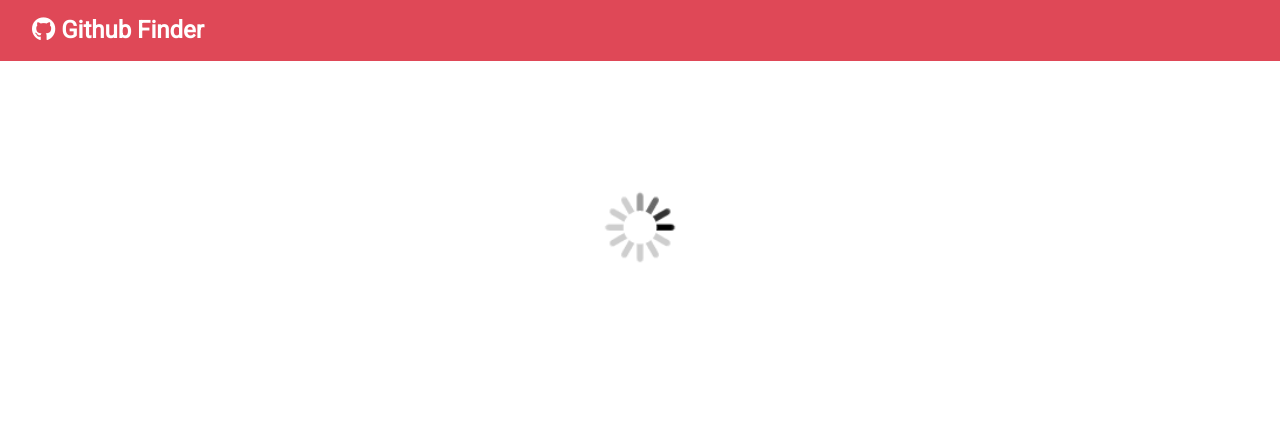
Repository: akash-saha-1/github-finder
Page: /
The author's editor kept a copy of each file at every save. The page is drawn from the files as they stood at one save, then again after the next save.
The browser window is 1280 px wide. The pictures show the whole page.
The page's requests for data from a server got no answer. Some web libraries are served in a nearby version. The project was rebuilt for these pictures with package versions that can differ from the ones it lists, and the page was loaded fresh each time. No one was signed in, and anything a server would have sent is missing. Also part of the build but not shown: src/components/users/UserItem.js.

Above is the page before, as saved 2021-03-05 16:10:38.

### public/index.html
<!DOCTYPE html>
<html lang="en">

<head>
  <meta charset="utf-8" />
  <link rel="icon" href="%PUBLIC_URL%/favicon.ico" />
  <meta name="viewport" content="width=device-width, initial-scale=1" />
  <meta name="theme-color" content="#000000" />
  <meta name="description" content="Web site created using create-react-app" />
  <link rel="apple-touch-icon" href="%PUBLIC_URL%/logo192.png" />
  <link rel="manifest" href="%PUBLIC_URL%/manifest.json" />
  <link rel="stylesheet" href="https://use.fontawesome.com/releases/v5.8.2/css/all.css"
    integrity="sha384-oS3vJWv+0UjzBfQzYUhtDYW+Pj2yciDJxpsK1OYPAYjqT085Qq/1cq5FLXAZQ7Ay" crossorigin="anonymous" />
  <title>Github Finder</title>
</head>

<body>
  <noscript>You need to enable JavaScript to run this app.</noscript>
  <div id="root"></div>
</body>

</html>

### src/App.js
import React, { Component } from "react";
import "./App.css";
import Navbar from "./components/layout/Navbar";
import Users from "./components/users/Users";
import axios from "axios";

class App extends Component {
  state = {
    users: [],
    loading: false,
  };
  async componentDidMount() {
    this.setState({ loading: true });
    const res = await axios.get(
      `https://api.github.com/users?client_id=${process.env.REACT_APP_GITHUB_CLIENT_ID}&client_secret=${process.env.REACT_APP_GITHUB_CLIENT_SECRET}`
    );
    this.setState({ users: res.data, loading: false });
  }
  render() {
    return (
      <div className="App">
        <Navbar tite="Navbar Finder" />
        <div className="container">
          <Users loading={this.state.loading} users={this.state.users} />
        </div>
      </div>
    );
  }
}

export default App;

### src/components/layout/Navbar.js
import React from "react";
import PropTypes from "prop-types";

const Navbar = ({ icon, title }) => {
  // static defaultProps = {
  //   title: "Github Finder",
  //   icon: "fab fa-github",
  // };
  // static propTypes = {
  //   title: PropTypes.string.isRequired,
  //   icon: PropTypes.string.isRequired,
  // };
  return (
    <div>
      <nav className="navbar bg-primary">
        <h1>
          <i className={icon}></i>
          {"  " + title}
        </h1>
      </nav>
    </div>
  );
};
Navbar.defaultProps = {
  title: "Github Finder",
  icon: "fab fa-github",
};
Navbar.propTypes = {
  title: PropTypes.string.isRequired,
  icon: PropTypes.string.isRequired,
};

export default Navbar;

### src/components/users/Users.js
import React from "react";
import UserItem from "./UserItem";
import Spinner from "../layout/Spinner";
import PropTypes from "prop-types";

const Users = ({ users, loading }) => {
  if (loading) {
    return <Spinner />;
  } else {
    return (
      <div style={userStyle}>
        {users.map((user) => (
          <UserItem key={user.id} user={user} />
        ))}
      </div>
    );
  }
};

UserItem.propType = {
  users: PropTypes.array.isRequired,
  loading: PropTypes.bool.isRequired,
};

const userStyle = {
  display: "grid",
  gridTemplateColumns: "repeat(3,1fr)",
  gridGap: "1rem",
};

export default Users;

### src/components/layout/Spinner.js
import React, { Fragment } from "react";
import spinner from "./spinner.gif";

const Spinner = () => {
  return (
    <Fragment>
      <img
        src={spinner}
        alt="Loading..."
        style={{
          margin: "auto",
          width: "300px",
          height: "300px",
          display: "block",
        }}
      />
    </Fragment>
  );
};

export default Spinner;

### src/components/users/Search.js
import React, { Component } from "react";

export class Search extends Component {
  render() {
    return (
      <div>
        <form className="form">
          <input type="text" name="text" placeholder="Search User.." />
          <input
            type="submit"
            value="Search"
            className="btn btn-dark btn-block"
          />
        </form>
      </div>
    );
  }
}

export default Search;

Loaded but not shown: src/index.js (common file); src/App.css (common file)

After the next save:
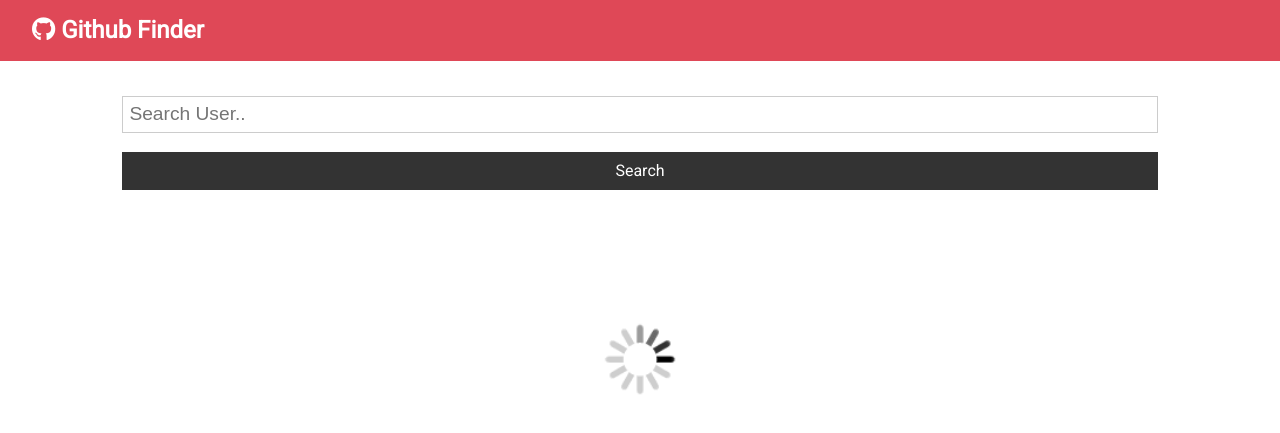
Saved 26 s later.
--- a/src/App.js
+++ b/src/App.js
@@ -3,6 +3,7 @@ import "./App.css";
 import Navbar from "./components/layout/Navbar";
 import Users from "./components/users/Users";
 import axios from "axios";
+import Search from "./components/users/Search";
 
 class App extends Component {
   state = {
@@ -21,6 +22,7 @@ class App extends Component {
       <div className="App">
         <Navbar tite="Navbar Finder" />
         <div className="container">
+          <Search />
           <Users loading={this.state.loading} users={this.state.users} />
         </div>
       </div>
